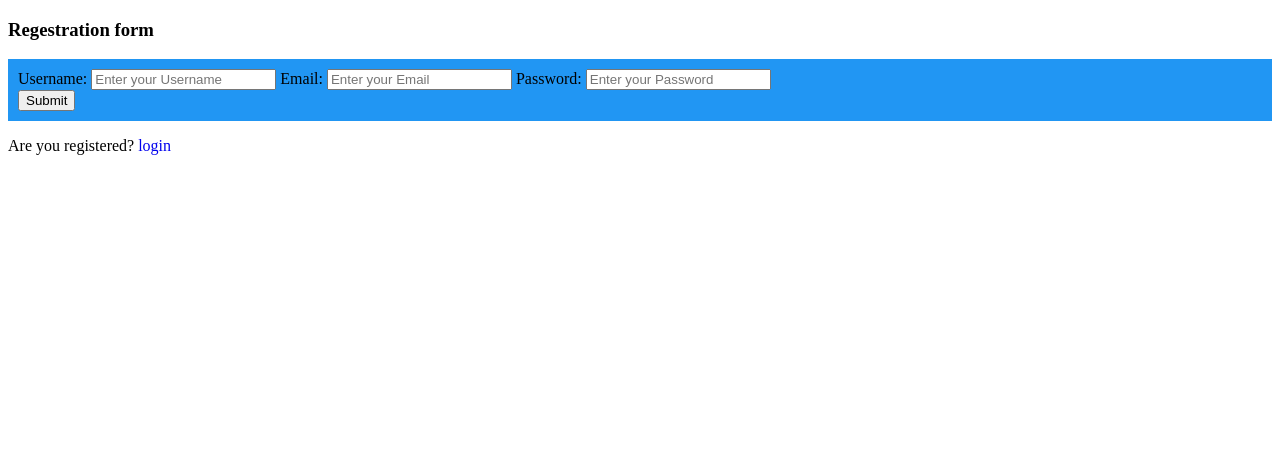
Repository: alizey12/Regestratin-Form-js
Page: regester.html
The author's editor kept a copy of each file at every save. The page is drawn from the files as they stood at one save, then again after the next save.
The browser window is 1280 px wide. The pictures show the whole page.

Above is the page before, as saved 2024-11-29 13:41:24.

### regester.html
<!DOCTYPE html>
<html lang="en">
<head>
    <meta charset="UTF-8">
    <meta name="viewport" content="width=device-width, initial-scale=1.0">
    <link rel="stylesheet" href="regester.css">
    <title>Regestration form</title>
</head>
<body>
<h3>Regestration form</h3>


    <div class="main">

    <div class="grid-container">
        <form action="">
            <label for="first">
                Username:
            </label>
            <input type="text" id="first" name="first"
                placeholder="Enter your Username" required>

                <label for="first">
                    Email:
                </label>
                <input type="email" id="first" name="email"
                    placeholder="Enter your Email" required>

            <label for="password">
                Password:
            </label>
            <input type="password" id="password" name="password"
                placeholder="Enter your Password" required>

            <div class="wrap">
                <button type="submit">
                    Submit
                </button>
            </div>
        </form>
    </div>


        <p>Are you registered?
            <a href="signin.html" style="text-decoration: none;">
               login
            </a>
        </p>
    </div>


</body>
</html>

### regester.css



.grid-container{
    display: grid;
    grid-template-columns: auto auto;
    background-color: #2196F3;
    padding: 10px;
}

After the next save:
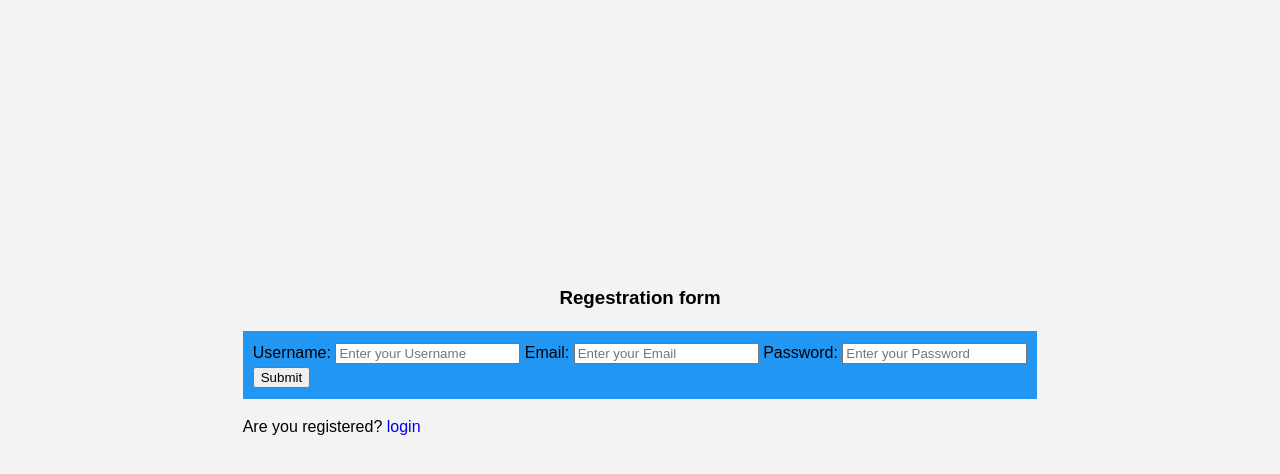
Saved 27 s later.
--- a/regester.css
+++ b/regester.css
@@ -1,6 +1,16 @@
 
 
-
+body {
+    display: flex;
+    align-items: center;
+    justify-content: center;
+    font-family: sans-serif;
+    line-height: 1.5;
+    min-height: 100vh;
+    background: #f3f3f3;
+    flex-direction: column;
+    margin: 0;
+}
 .grid-container{
     display: grid;
     grid-template-columns: auto auto;
